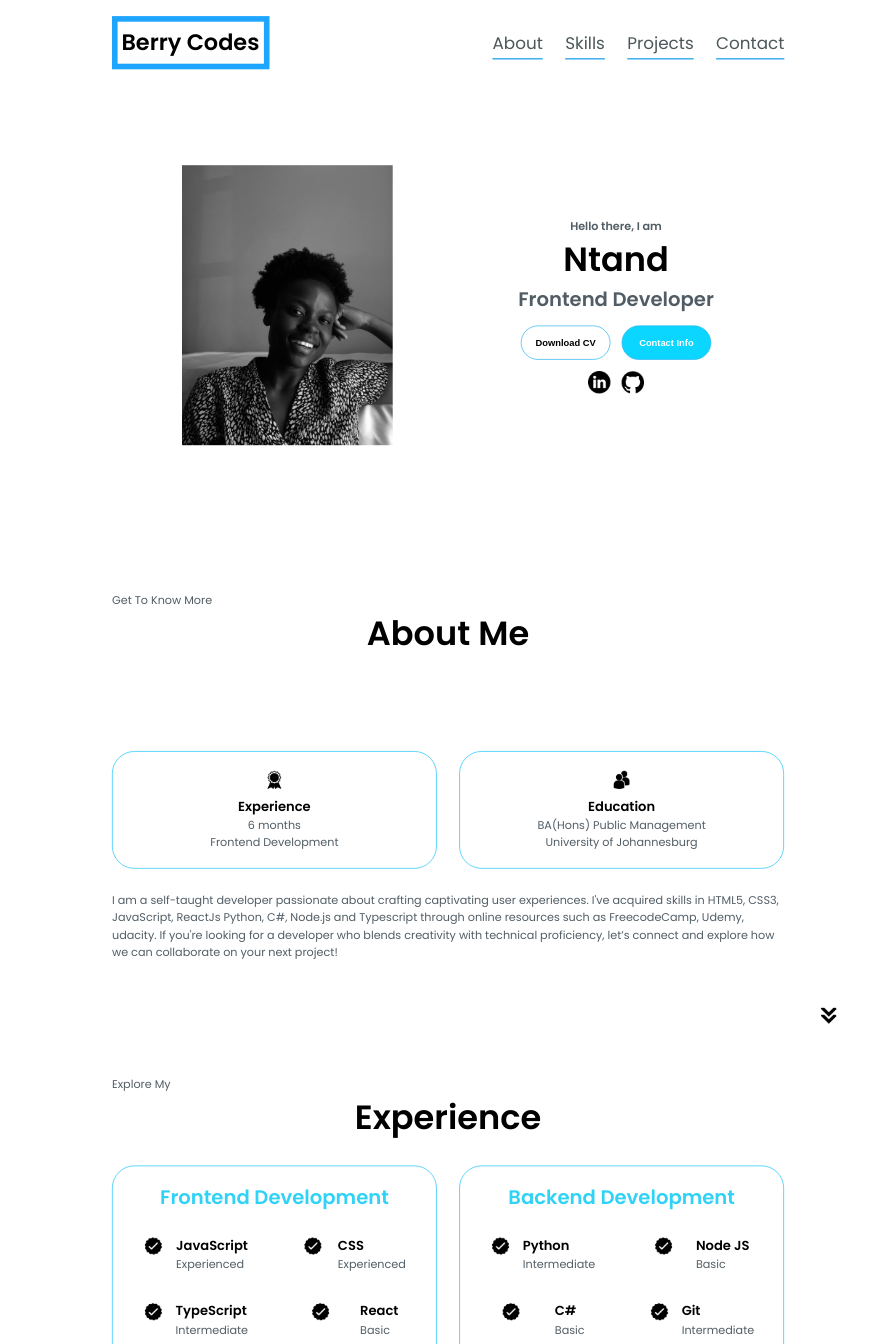
Repository: ntandomagana/FS-Dev-Portfolio
Page: index.html
An editor plug-in stored every save of this project. The page is shown before and after the next save, followed by the edit.
The browser window is 1280 px wide. The pictures show the part of the page from y = 0 to 1920 px (the page is 3177 px tall), at 70% of full size.

Above is the page before, as saved 2024-05-06 15:17:53.

### index.html
<!DOCTYPE html>
<html lang="en">
  <head>
    <meta charset="UTF-8" />
    <meta http-equiv="X-UA-Compatible" content="IE=edge" />
    <meta name="viewport" content="width=device-width, initial-scale=1.0" />
    <title>My Portfolio</title>
    <link rel="stylesheet" href="style.css" />
    <link rel="stylesheet" href="mediaqueries.css" />
  </head>
  <body>
    <nav id="desktop-nav">
      <div class="logo">Berry Codes</div>
      <div>
        <ul class="nav-links">
          <li><a href="#about">About</a></li>
          <li><a href="#experience">Skills</a></li>
          <li><a href="#projects">Projects</a></li>
          <li><a href="#contact">Contact</a></li>
        </ul>
      </div>
    </nav>
    <nav id="hamburger-nav">
      <div class="logo">Coding Berry</div>
      <div class="hamburger-menu">
        <div class="hamburger-icon" onclick="toggleMenu()">
          <span></span>
          <span></span>
          <span></span>
        </div>
        <div class="menu-links">
          <li><a href="#about" onclick="toggleMenu()">About</a></li>
          <li><a href="#experience" onclick="toggleMenu()">Skills</a></li>
          <li><a href="#projects" onclick="toggleMenu()">Projects</a></li>
          <li><a href="#contact" onclick="toggleMenu()">Contact</a></li>
        </div>
      </div>
    </nav>
    <section id="profile">
      <div class="section-pic-container">
        <img src="./assets/bwpp.jpg" alt="profile picture" />
      </div>
      <div class="section-text">
        <p class="section-text-p1">Hello there, I am</p>

        <h1 class="title"><span id="typed-text"></span></h1>

        <p class="section-text-p2">Frontend Developer</p>
        <div class="btn-container">
          <button
            class="btn btn-color-2"
            onclick="window.open('./assets/NP Magana - Frontend CV.pdf')"
          >
            Download CV
          </button>
          <button class="btn btn-color-1" onclick="location.href='./#contact'">
            Contact Info
          </button>
        </div>
        <div id="socials-container">
          <img
            src="./assets/linkedin.png"
            alt="My LinkedIn profile"
            class="icon"
            onclick="location.href='https://www.linkedin.com/in/ntandoyenkosi-magana-/'"
          />
          <!--

          <img
            src="./assets/icons8-twitterx-50.png"
            alt="My Twitter profile"
            class="icon"
            onclick="location.href='https://twitter.com/'"
          /> -->
          <img
            src="./assets/github.png"
            alt="My Github profile"
            class="icon"
            onclick="location.href='https://github.com/ntandomagana'"
          />
        </div>
      </div>
    </section>
    <section id="about">
      <p class="section__text__p1">Get To Know More</p>
      <h1 class="title">About Me</h1>
      <div class="section-container">
        <div class="about-details-container">
          <div class="about-containers">
            <div class="details-container">
              <img
                src="./assets/experience.png"
                alt="Experience icon"
                class="icon"
              />
              <h3>Experience</h3>
              <p>6 months <br />Frontend Development</p>
            </div>
            <div class="details-container">
              <img
                src="./assets/education.png"
                alt="Education icon"
                class="icon"
              />
              <h3>Education</h3>
              <p>BA(Hons) Public Management <br />University of Johannesburg</p>
            </div>
          </div>
          <div class="text-container">
            <p>
              I am a self-taught developer passionate about crafting captivating
              user experiences. I've acquired skills in HTML5, CSS3, JavaScript,
              ReactJs Python, C#, Node.js and Typescript through online
              resources such as FreecodeCamp, Udemy, udacity. If you're looking
              for a developer who blends creativity with technical proficiency,
              let’s connect and explore how we can collaborate on your next
              project!
            </p>
          </div>
        </div>
      </div>
      <img
        src="./assets/arrow.png"
        alt="Arrow icon"
        class="icon arrow"
        onclick="location.href='./#experience'"
      />
    </section>
    <section id="experience">
      <p class="section__text__p1">Explore My</p>
      <h1 class="title">Experience</h1>
      <div class="experience-details-container">
        <div class="about-containers">
          <div class="details-container">
            <h2 class="experience-sub-title">Frontend Development</h2>
            <div class="article-container">
              <article>
                <img
                  src="./assets/checkmark.png"
                  alt="Experience icon"
                  class="icon"
                />
                <div>
                  <h3>JavaScript</h3>
                  <p>Experienced</p>
                </div>
              </article>
              <article>
                <img
                  src="./assets/checkmark.png"
                  alt="Experience icon"
                  class="icon"
                />
                <div>
                  <h3>CSS</h3>
                  <p>Experienced</p>
                </div>
              </article>
              <article>
                <img
                  src="./assets/checkmark.png"
                  alt="Experience icon"
                  class="icon"
                />
                <div>
                  <h3>TypeScript</h3>
                  <p>Intermediate</p>
                </div>
              </article>
              <article>
                <img
                  src="./assets/checkmark.png"
                  alt="Experience icon"
                  class="icon"
                />
                <div>
                  <h3>React</h3>
                  <p>Basic</p>
                </div>
              </article>
              <article></article>
            </div>
          </div>
          <div class="details-container">
            <h2 class="experience-sub-title">Backend Development</h2>
            <div class="article-container">
              <article>
                <img
                  src="./assets/checkmark.png"
                  alt="Experience icon"
                  class="icon"
                />
                <div>
                  <h3>Python</h3>
                  <p>Intermediate</p>
                </div>
              </article>
              <article>
                <img
                  src="./assets/checkmark.png"
                  alt="Experience icon"
                  class="icon"
                />
                <div>
                  <h3>Node JS</h3>
                  <p>Basic</p>
                </div>
              </article>
              <article>
                <img
                  src="./assets/checkmark.png"
                  alt="Experience icon"
                  class="icon"
                />
                <div>
                  <h3>C#</h3>
                  <p>Basic</p>
                </div>
              </article>
              <article>
                <img
                  src="./assets/checkmark.png"
                  alt="Experience icon"
                  class="icon"
                />
                <div>
                  <h3>Git</h3>
                  <p>Intermediate</p>
                </div>
              </article>
            </div>
          </div>
        </div>
      </div>
      <img
        src="./assets/arrow.png"
        alt="Arrow icon"
        class="icon arrow"
        onclick="location.href='./#projects'"
      />
    </section>
    <section id="projects">
      <p class="section__text__p1">View My Recent</p>
      <h1 class="title">Projects</h1>
      <div class="experience-details-container">
        <div class="about-containers">
          <div class="details-container color-container">
            <div class="article-container">
              <img
                src="./assets/coming soon.jpg"
                alt="Project 1"
                class="project-img"
              />
            </div>
            <h2 class="experience-sub-title project-title">Project One</h2>
            <div class="btn-container">
              <button
                class="btn btn-color-2 project-btn"
                onclick="location.href='https://github.com/'"
              >
                Github
              </button>
            </div>
          </div>
          <div class="details-container color-container">
            <div class="article-container">
              <img
                src="./assets/coming soon.jpg"
                alt="Project 2"
                class="project-img"
              />
            </div>
            <h2 class="experience-sub-title project-title">Project Two</h2>
            <div class="btn-container">
              <button
                class="btn btn-color-2 project-btn"
                onclick="location.href='https://github.com/'"
              >
                Github
              </button>
            </div>
          </div>
          <div class="details-container color-container">
            <div class="article-container">
              <img
                src="./assets/coming soon.jpg"
                alt="Project 3"
                class="project-img"
              />
            </div>
            <h2 class="experience-sub-title project-title">Project Three</h2>
            <div class="btn-container">
              <button
                class="btn btn-color-2 project-btn"
                onclick="location.href='https://github.com/'"
              >
                Github
              </button>
            </div>
          </div>
        </div>
      </div>
      <img
        src="./assets/arrow.png"
        alt="Arrow icon"
        class="icon arrow"
        onclick="location.href='./#contact'"
      />
    </section>
    <section id="contact">
      <p class="section__text__p1">Get in Touch</p>
      <h1 class="title">Contact Me</h1>
      <div class="contact-info-upper-container">
        <div class="contact-info-container">
          <img
            src="./assets/email.png"
            alt="Email icon"
            class="icon contact-icon email-icon"
          />
          <p>
            <a href="mailto:ntandomagana@gmail.com">ntandomagana@gmail.com</a>
          </p>
        </div>
        <div class="contact-info-container">
          <img
            src="./assets/linkedin.png"
            alt="LinkedIn icon"
            class="icon contact-icon"
          />
          <p><a href="https://www.linkedin.com">LinkedIn</a></p>
        </div>
      </div>
    </section>
    <footer>
      <nav>
        <div class="nav-links-container">
          <ul class="nav-links">
            <li><a href="#about">About</a></li>
            <li><a href="#experience">Skills</a></li>
            <li><a href="#projects">Projects</a></li>
            <li><a href="#contact">Contact</a></li>
          </ul>
        </div>
      </nav>
      <p>Copyright &#169; 2023 Ntando Magana. All Rights Reserved.</p>
    </footer>
    <script src="script.js"></script>
  </body>
</html>

### style.css
@import url("https://fonts.googleapis.com/css2?family=Poppins:wght@300;400;500;600&display=swap");

* {
  margin: 0;
  padding: 0;
}

body {
  font-family: "Poppins", sans-serif;
}

html {
  scroll-behavior: smooth;
}

p {
  color: #515d65;
}

section {
  margin-bottom: 2px;
}

a,
.btn {
  transition: all 300ms ease;
}

nav,
.nav-links {
  display: flex;
}

nav {
  justify-content: space-around;
  align-items: center;
  height: 17vh;
}

.nav-links {
  gap: 2rem;
  list-style-type: none;
  font-size: 1.5rem;
}

a {
  color: rgb(76, 87, 90);
  text-decoration: underline;
  text-underline-offset: 0.8rem;
  text-decoration-color: rgb(51, 169, 237);
}

.logo {
  font-size: 2rem;
}

.logo:hover {
  cursor: default;
}

#hamburger-nav {
  display: none;
}

.hamburger-menu {
  position: relative;
  display: inline-block;
}

.hamburger-icon {
  display: flex;
  flex-direction: column;
  justify-content: space-between;
  height: 24px;
  width: 30px;
  cursor: pointer;
}



.hamburger-icon span {
  width: 100%;
  height: 2px;
  background-color: rgb(9, 255, 255);
  transition: all 0.3 ease-in-out;
}

.menu-links {
  position: absolute;
  top: 100%;
  right: 0;
  background-color: white;
  width: fit-content;
  max-height: 0;
  overflow: hidden;
  transition: all 0.3 ease-in-out;
}

.menu-links a {
  display: block;
  padding: 10px;
  text-align: center;
  font-size: 1.5rem;
  color: rgb(15, 224, 231);
  text-decoration: none;
  transition: all 0.3 ease-in-out;
}

.menu-links li {
  list-style-type: none;
}

.menu-links.open {
  max-height: 300px;
}

.hamburger-icon.open span:first-child {
  transform: rotate(45deg) translate(10px, 5px);
}

.hamburger-icon.open span:nth-child(2) {
  opacity: 0;
}

.hamburger-icon.open span:last-child {
  transform: rotate(-45deg) translate(10px, -5px);
}

.hamburger-icon span:first-child {
  transform: none;
}

.hamburger-icon span:first-child {
  opacity: 1;
}

.hamburger-icon span:first-child {
  transform: none;
}

section {
  padding-top: 4vh;
  height: 96vh;
  margin: 0 10rem;
  box-sizing: border-box;
  min-height: fit-content;
}

.section-container {
  display: flex;
}

#profile {
  display: flex;
  justify-content: center;
  gap: 5rem;
  height: 80vh;
}

.section-pic-container {
  display: flex;
  height: 400px;
  width: 400px;
  margin: auto 0;
}

.section-text {
  align-self: center;
  text-align: center;
}

.section-text p {
  font-weight: 600;
}

.section-text-p1 {
  text-align: center;
}

.section-text-p2 {
  font-size: 1.75rem;
  margin-bottom: 1rem;
}

.title {
  font-size: 3rem;
  text-align: center;
}

#socials-container {
  display: flex;
  justify-content: center;
  margin-top: 1rem;
  gap: 1rem;
}

.icon {
  cursor: pointer;
  height: 2rem;
}

/* BUTTONS */

.btn-container {
  display: flex;
  justify-content: center;
  gap: 1rem;
}

.btn {
  font-weight: 600;
  transition: all 300ms ease;
  padding: 1rem;
  width: 8rem;
  border-radius: 2rem;
}

.btn-color-1,
.btn-color-2 {
  border: rgb(43, 182, 241) 0.1rem solid;
}

.btn-color-1:hover,
.btn-color-2:hover {
  cursor: pointer;
}

.btn-color-1,
.btn-color-2:hover {
  background: rgb(11, 214, 255);
  color: white;
}

.btn-color-1:hover {
  background: rgb(83, 215, 232);
}

.btn-color-2 {
  background: none;
}

.btn-color-2:hover {
  border: rgb(26, 210, 243) 0.2rem solid;
}

.btn-container {
  gap: 1rem;
}

/* ABOUT SECTION */

#about {
  position: relative;
}

.about-containers {
  gap: 2rem;
  margin-bottom: 2rem;
  margin-top: 2rem;
}

.about-details-container {
  justify-content: center;
  flex-direction: column;
}

.about-containers,
.about-details-container {
  display: flex;
}

.arrow {
  position: absolute;
  right: -5rem;
  bottom: 2.5rem;
}

.details-container {
  padding: 1.5rem;
  flex: 1;
  background: white;
  border-radius: 2rem;
  border: rgb(34, 174, 239) 0.1rem solid;
  border-color: rgb(28, 197, 249);
  text-align: center;
}

.section-container {
  gap: 4rem;
  height: 80%;
}

.section__pic-container {
  height: 400px;
  width: 400px;
  margin: auto 0;
}

/* EXPERIENCE SECTION */

#experience {
  position: relative;
}

.experience-sub-title {
  color: rgb(48, 210, 246);
  font-weight: 600;
  font-size: 1.75rem;
  margin-bottom: 2rem;
}

.experience-details-container {
  display: flex;
  justify-content: center;
  flex-direction: column;
}

.article-container {
  display: flex;
  text-align: initial;
  flex-wrap: wrap;
  flex-direction: row;
  gap: 2.5rem;
  justify-content: space-around;
}

article {
  display: flex;
  width: 10rem;
  justify-content: space-around;
  gap: 0.5rem;
}

article .icon {
  cursor: default;
}

/* PROJECTS SECTION */

#projects {
  position: relative;
}

.color-container {
  border-color: rgb(21, 220, 255);
  background: rgb(250, 250, 250);
}

.project-img {
  border-radius: 2rem;
  width: 90%;
  height: 90%;
}

.project-title {
  margin: 1rem;
  color: #00bbf0;
}

.project-btn {
  color: #00bbf0;
  border-color: rgb(18, 217, 252);
}

/* CONTACT */

#contact {
  display: flex;
  justify-content: center;
  flex-direction: column;
  height: 70vh;
}

.contact-info-upper-container {
  display: flex;
  justify-content: center;
  border-radius: 2rem;
  border: rgb(16, 220, 242) 0.1rem solid;
  border-color: rgb(19, 211, 250);
  background: (250, 250, 250);
  margin: 2rem auto;
  padding: 0.5rem;
}

.contact-info-container {
  display: flex;
  align-items: center;
  justify-content: center;
  gap: 0.5rem;
  margin: 1rem;
}

.contact-info-container p {
  font-size: larger;
}

.contact-icon {
  cursor: default;
}

.email-icon {
  height: 2.5rem;
}

footer {
  height: 26vh;
  margin: 0 1rem;
}

footer p {
  text-align: center;
}

/* Add this CSS to your existing style.css or create a new style tag in the head of your HTML */

/* Bold, underline, and bubble effect for the logo */
.logo {
  font-weight: bold;
  text-decoration: wavy;
  display: inline-block;
  position: relative;
  border: 8px solid #1ea5ff; /* Adjust the border thickness and color as needed */
  padding: 6px; /* Adjust the padding as needed */
}

.logo::after {
  content: "";
  position: absolute;
  width: 100%;
  height: 0;
  bottom: 0;
  left: 0;
  opacity: 0;
  border-bottom: 2px solid #fff;
  animation: bubble 0.5s infinite ease-in-out;
}

@keyframes bubble {
  0% {
    height: 0;
    opacity: 0;
  }
  50% {
    height: 100%;
    opacity: 1;
  }
  100% {
    height: 0;
    opacity: 0;
  }
}

### mediaqueries.css
@media screen and (max-width: 1400px) {
    #profile {
        height: 83vh;
        margin-bottom: 6rem;
    }

    .about-containers {
        flex-wrap: wrap;
    }

    #contact,
    #projects {
        height: fit-content;
    }
}

@media screen and (max-width: 1200px) {
    #desktop-nav {
        display: none;
    }

    #hamburger-nav {
        display: flex;
    }

    #experience,
    .experience-details-container {
        margin-top: 2rem;

    }

    #profile,
    .section-container {
        display: block;
    }

    .arrow {
        display: none;
    }

    section,
    .section-container {
        height: fit-content;
    }

    section {
        margin: 0.5%;
    }

    .section-pic-container {
        width: 27spx;
        height: 275px;
        margin: 0 auto 2rem;
    }

    .about-containers {
        margin-top: 0;
    }
}

@media screen and (max-width:600px) {
    #contact,
    footer {
        height: 40vh;
    }

    #profile {
        height: 38vh;
        margin-bottom: 0;
    }

    article {
        font-size: 1rem;
    }

    footer nav {
        height: fit-content;
        margin-bottom: 2rem;
    }
    .about-containers,
    .contact-info-upper-container,
    .btn-container {
    flex-wrap: wrap;
  }

  .contact-info-container {
    margin: 0;
  }

  .contact-info-container p,
  .nav-links li a {
    font-size: 1rem;
  }

  .experience-sub-title {
    font-size: 1.25rem;
  }
  .logo {
    font-size: 1.5rem;
  }
  .nav-links {
    flex-direction: column;
    gap: 0.5rem;
    text-align: center;
  }
  .section__pic-container {
    width: auto;
    height: 46vw;
    justify-content: center;
  }
  .section__text__p2 {
    font-size: 1.25rem;
  }
  .title {
    font-size: 2rem;
  }
  .text-container {
    text-align: justify;
  }
}
}

### script.js
function toggleMenu() {
  const menu = document.querySelector(".menu-links");
  const icon = document.querySelector(".hamburger-icon");
  menu.classList.toggle("open");
  icon.classList.toggle("open");
}

//Javascript for looped typing effect
const typedText = document.getElementById("typed-text");
const textToType = 'Ntando Magana';

function typeText() {
  let index = 0;

  function type() {
    if (index < textToType.length) {
      typedText.innerHTML += textToType.charAt(index);
      index++;
      setTimeout(type, 200); // typing speed in milliseconds
    } else {
      setTimeout(erase, 300); // wait before erasing
    }
  }

  function erase() {
    if (typedText.innerHTML.length > 0) {
      typedText.innerHTML = typedText.innerHTML.slice(0, -1);
      setTimeout(erase, 300); //erasing speed in ms
    } else {
      index = 0; //Reset index for next typing cycle
      setTimeout(type, 200); // wait before typing again
    }
  }

  type(); // start typing
}

window.onload = typeText;

After the next save:
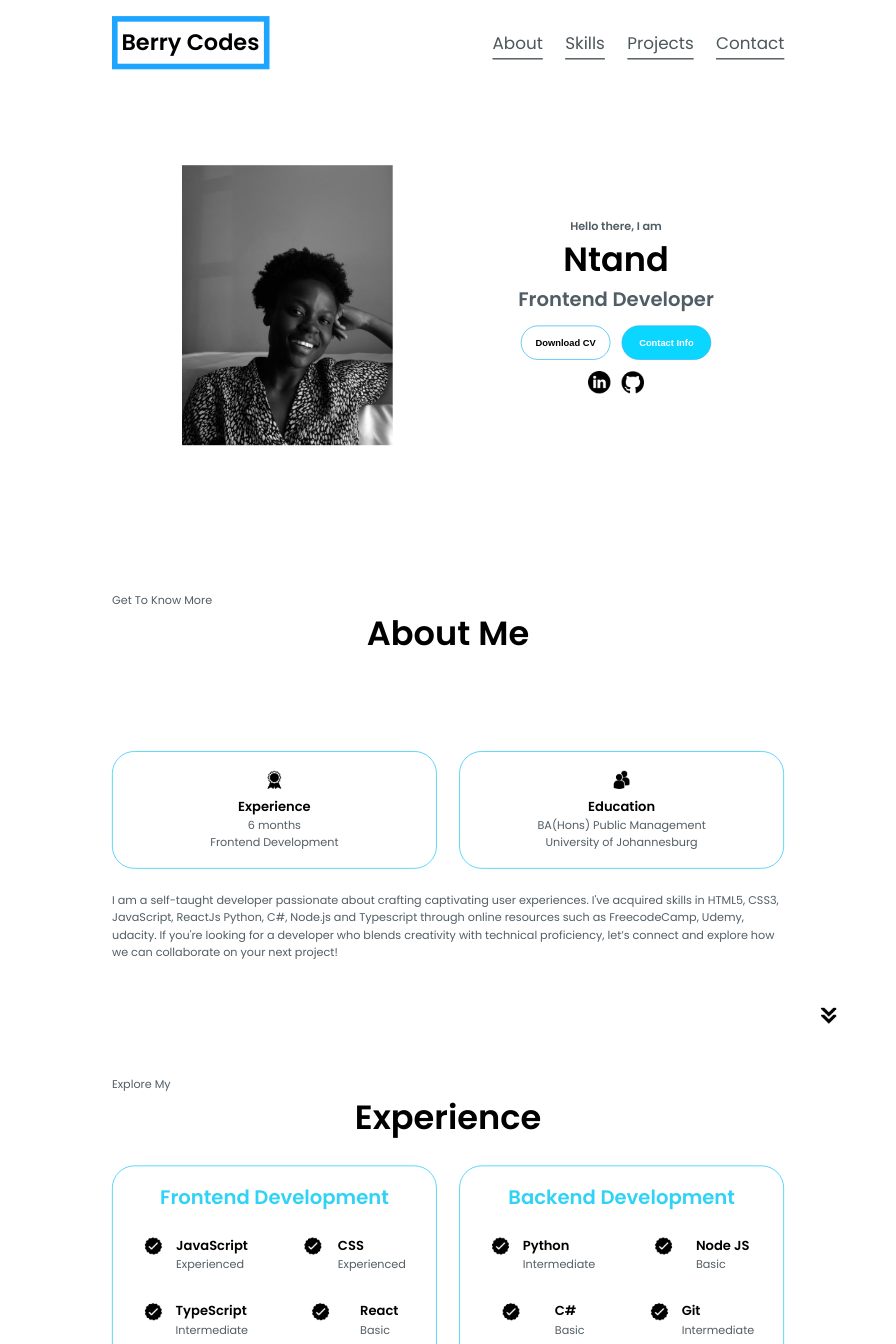
Saved 23 s later.
--- a/style.css
+++ b/style.css
@@ -47,7 +47,7 @@
   color: rgb(76, 87, 90);
   text-decoration: underline;
   text-underline-offset: 0.8rem;
-  text-decoration-color: rgb(51, 169, 237);
+  text-decoration-color: rgb(76, 87, 90);
 }
 
 .logo {
